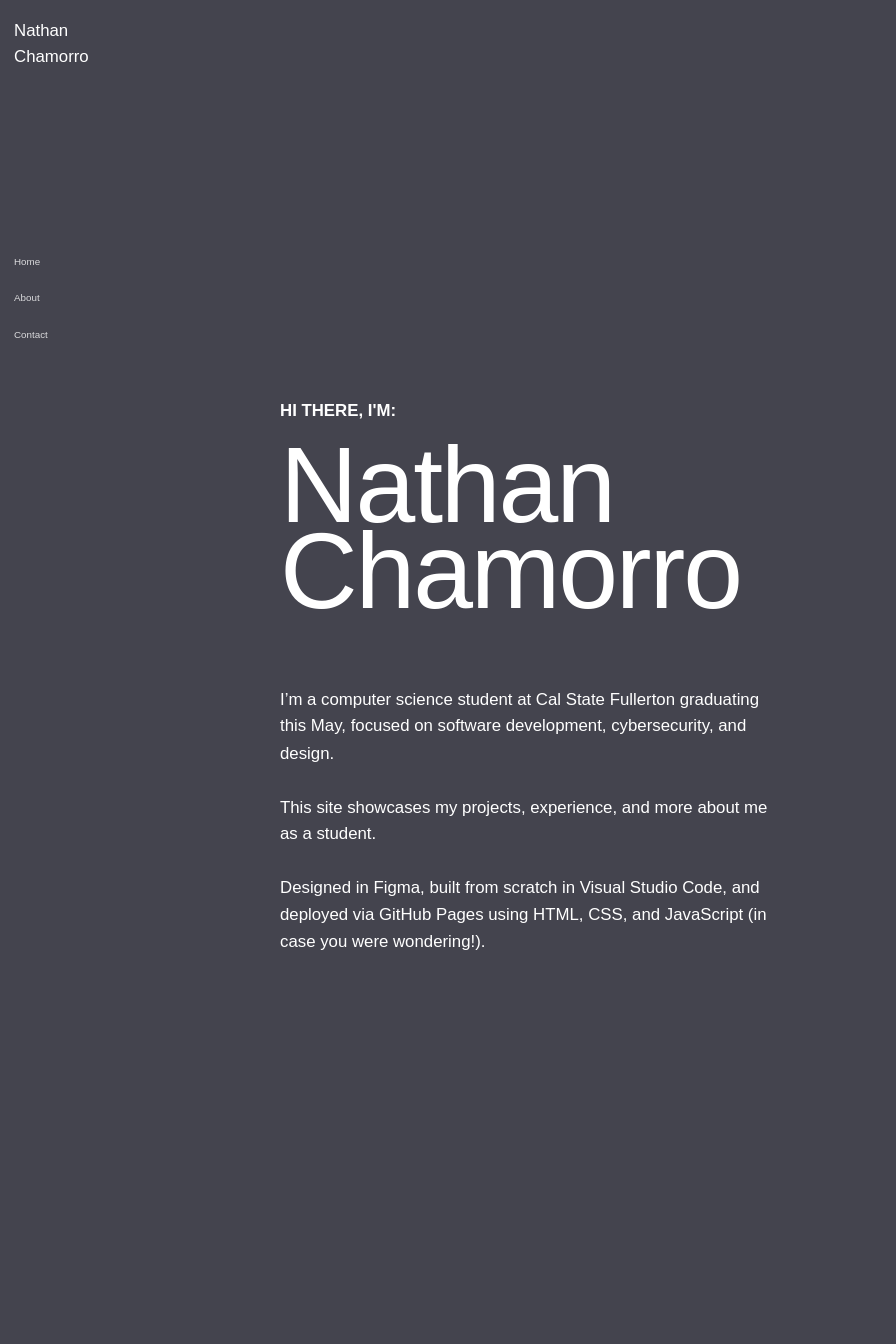
Repository: nathanchamorro1/nathanchamorro1.github.io
Page: index.html
The author's editor kept a copy of each file at every save. The page is drawn from the files as they stood at one save, then again after the next save.
The browser window is 1280 px wide. The pictures show the part of the page from y = 0 to 1920 px (the page is 3406 px tall before and 1806 px after), at 70% of full size.
Some web fonts or font styles are not loaded; a fallback is used.

Above is the page before, as saved 2026-02-17 21:56:32.

### index.html
<!DOCTYPE html>
<html lang="en">

<head>
<meta charset="UTF-8">
<meta name="viewport" content = "width=device-width,initial-scale=1">
<title>Nathan Chamorro's Portfolio</title>
<link rel = "icon" type = "image/x-icon" href = "/assets/snoopy-favicon.ico">
<link rel="stylesheet" href="https://use.typekit.net/lhh1weh.css">
<link rel="stylesheet" href="css/style.css">
</head>
<body>

<div class="layout">
  <nav class="sidebar">
    <a href="#home" class="nav-logo">Nathan Chamorro</a>
    <ul>
      <li><a href="#home" class="nav-link">Home</a></li>
      <li><a href="#about" class="nav-link">About</a></li>
      <li><a href="#contact" class="nav-link">Contact</a></li>
      </ul>
      </nav>

  <main class="content">
    <div class="content-wrapper">
  <section class="hero">
    <h2 class="reveal">HI THERE, I'M:</h2>
    <h1 class="reveal">Nathan Chamorro</h1>
  </section>
      <p class="reveal">
        <br>I’m a computer science student at Cal State Fullerton graduating this May, focused on software development, cybersecurity, and design. <br>
        <br>This site showcases my projects, experience, and more about me as a student.<br>
        <br>Designed in Figma, built from scratch in Visual Studio Code, and deployed via GitHub Pages using HTML, CSS, and JavaScript (in case you were wondering!). <br>
      </p>
    </div>

        <section id="projects" class="content-wrapper">
      <h3 class="reveal">My Projects</h3>
    </section>

    <section id="about" class="content-wrapper">
      <h3 class="reveal">About</h3>
    </section>

    <section id="contact" class="content-wrapper">
      <h3 class="reveal">Contact</h3>
    </section>
  </main>
</div>
<script src = "js/script.js"></script>

### css/style.css
body {
  background-color: #44444E;
  color: white;
  margin: 0;
  font-family: museo-sans, sans-serif;
  font-weight: 300;
  font-style: normal;
  font-variation-settings: "slnt" 0, "wght" 400;
  line-height: 1.6;
  font-size: 1.5rem;
}

.content-wrapper {
  max-width: 700px;
  margin: 0 auto;
  margin-top: 500px;
  padding: 0 40px;
  display: flex;
  flex-direction: column;
  gap: 40px;
  text-align: left;
}

.hero {
    min-height: auto;
    display: flex;
    align-items: flex-start;
    flex-direction: column;
    justify-content: flex-start;
    padding-top: 30px;
    padding-bottom: 0;
    text-align: left;
}

h1 {
    color: white;
    font-family: "instrument-serif", sans-serif;
    font-size: clamp(4.5rem, 12vw, 14rem);
    font-weight: 400;
    font-variation-settings: "wght" 400;
    line-height: 0.8;
    margin: 0;
    letter-spacing: -0.02em;
}

h2 {
    color: white;
    font-family: "museo-sans", sans-serif;
    font-weight: 900;
    font-variation-settings: "wght" 400;
    font-size: 1.5rem;
    opacity: 0.8;
    margin-bottom: 10px;
    line-height: 3;
}

h3 {
    color: white;
    font-family: "instrument-serif", sans-serif;
    font-weight: 400;
    font-variation-settings: "wght" 400;
    font-size: 3rem;
    opacity: 0.8;
    align-self: flex-start;
    text-align: left;
    width: 100%;
}

.reveal {
    opacity: 0;
    transform: translateY(20px);
    transition: opacity 0.7s ease, transform 0.7s ease;
}

.reveal-visible {
    opacity: 1;
    transform: translateY(0);
}

.navbar {
    position: fixed;
    top: 0;
    width: 100%;
    background: white;
    box-shadow: 0 2px 10px rgba(0,0,0,0.05);
    z-index: 1000;
}

.nav-container {
    max-width: 1000px;
    margin: 0 auto;
    display: flex;
    justify-content: space-between;
    align-items: center;
    padding: 15px 20px;
    position: fixed;
}

.nav-menu {
    list-style: none;
    display: flex;
    gap: 25px;
    margin: 0;
    padding: 0;
    position: fixed;
    align-items: center;
}

.nav-link {
    text-decoration: none;
    color: white;
    font-size: 14px;
    position: fixed;
}

.nav-link:hover {
    opacity: 0.6;
}

/* --- Nav grid centering for .sidebar --- */
/* --- Two-column layout: left sidebar, right content --- */
.layout {
    display: grid;
    grid-template-columns: 220px 1fr; /* left column width, then content */
    min-height: 100vh;
}

/* Sidebar occupies the full viewport height and vertically centers the menu */
.sidebar {
    position: sticky;
    top: 0;
    height: 100vh;
    display: flex;
    flex-direction: column;
    padding: 24px 20px;
}

.sidebar .nav-logo {
    align-self: flex-start;
    text-decoration: none;
    color: white;
}

.sidebar ul {
    display: flex;
    flex-direction: column;
    gap: 14px;
    list-style: none;
    margin: auto 0; /* centers the list vertically within sidebar */
    padding: 0;
}

.sidebar .nav-link {
    position: static; /* override earlier fixed positioning */
    text-decoration: none;
    color: white;
    opacity: 0.8;
}

.sidebar .nav-link:hover {
    opacity: 1;
}

.content { min-width: 0; }

/* Optional: collapse to single column on small screens */
@media (max-width: 768px) {
  .layout { grid-template-columns: 1fr; }
  .sidebar {
    position: static;
    height: auto;
    padding: 16px;
  }
  .sidebar ul {
    flex-direction: row;
    gap: 16px;
    margin: 8px 0 0 0;
    justify-content: center;
  }
}

### js/script.js
const reveals = document.querySelectorAll(".reveal");

function revealOnScroll() {
  const windowHeight = window.innerHeight;

  reveals.forEach(el => {
    const elementTop = el.getBoundingClientRect().top;

    if (elementTop < windowHeight - 200) {
      el.classList.add("reveal-visible");
    }
  });
}

window.addEventListener("scroll", revealOnScroll);
revealOnScroll();

After the next save:
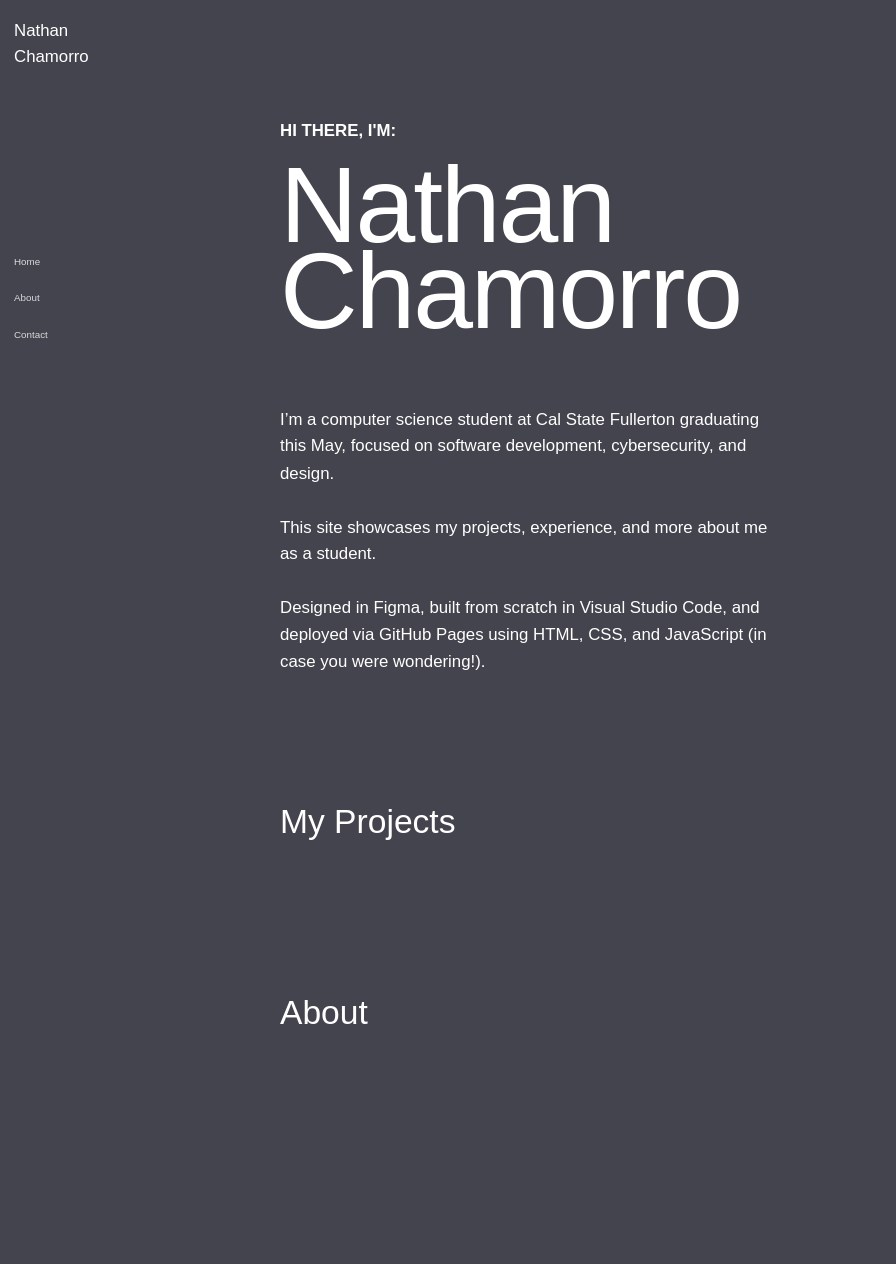
Saved 8 s later.
--- a/css/style.css
+++ b/css/style.css
@@ -13,7 +13,7 @@ body {
 .content-wrapper {
   max-width: 700px;
   margin: 0 auto;
-  margin-top: 500px;
+  margin-top: 100px;
   padding: 0 40px;
   display: flex;
   flex-direction: column;
